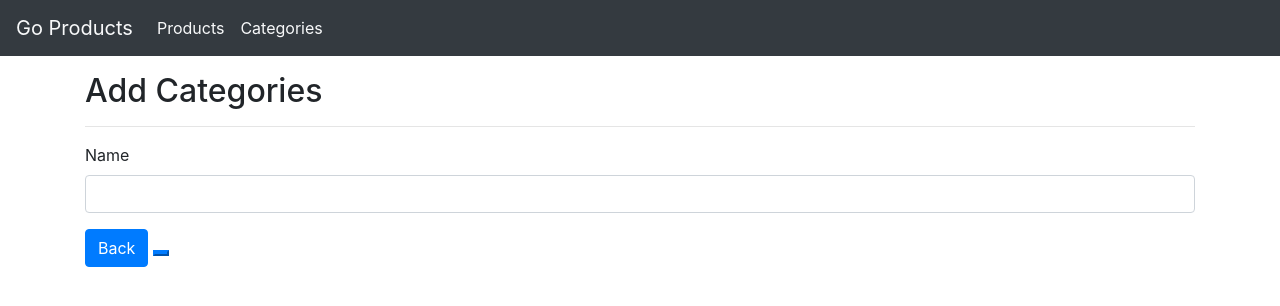
Repository: Nouthemoran/go-web-native-crud
Page: views/category/create.html
An editor plug-in stored every save of this project. The page is shown before and after the next save, followed by the edit.
The browser window is 1280 px wide. The pictures show the whole page.

Above is the page before, as saved 2023-10-05 16:00:33.

After the next save:
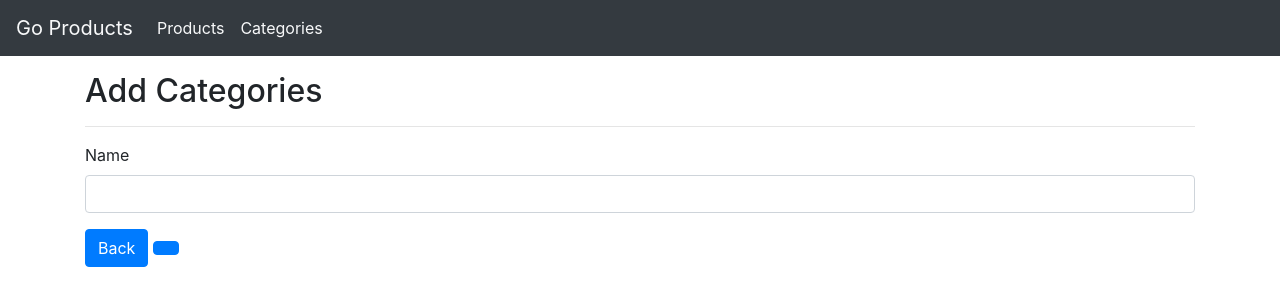
Saved 7 s later.
--- a/views/category/create.html
+++ b/views/category/create.html
@@ -42,7 +42,7 @@
               </div>
               <div class="float-end">
                 <a href="/categories" class="btn btn-primary">Back</a>
-                <button class="btn-primary"></button>
+                <button class="btn btn-primary"></button>
               </div>
         </form>
     </div>
